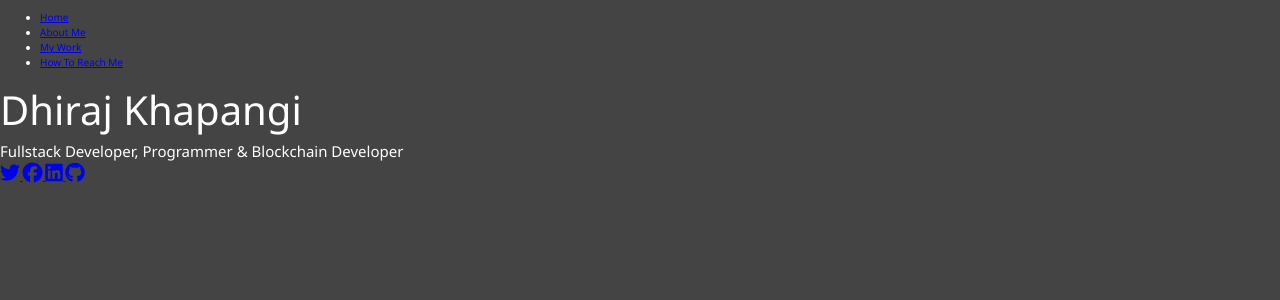
Repository: dhiraj13/modern_portfolio
Page: dist/index.html
These files come from the project's save history. The page is drawn as it stood at one moment and after the next save; the edit follows.
The browser window is 1280 px wide. The pictures show the whole page.
Some web libraries are served in a nearby version. The style sheet was rebuilt from its Sass, Less or Tailwind sources for each picture, by a compiler version that may differ from the author's.

Above is the page before, as saved 2020-02-01 14:17:53.

### dist/index.html
<!DOCTYPE html>
<html lang="en">
	<head>
		<meta charset="UTF-8" />
		<meta name="viewport" content="width=device-width, initial-scale=1.0" />
		<meta http-equiv="X-UA-Compatible" content="ie=edge" />
		<link rel="stylesheet" href="css/main.css" />
		<script
			src="https://kit.fontawesome.com/48fd9e03c9.js"
			crossorigin="anonymous"
		></script>
		<title>Welcome To My Portfolio</title>
	</head>
	<body>
		<header>
			<div class="menu-btn">
				<div class="btn-line"></div>
				<div class="btn-line"></div>
				<div class="btn-line"></div>
			</div>

			<nav class="menu">
				<div class="menu-branding">
					<div class="portrait"></div>
				</div>
				<ul class="menu-nav">
					<li class="nav-item">
						<a href="/" class="nav-link">
							Home
						</a>
					</li>
					<li class="nav-item">
						<a href="/about.html" class="nav-link">
							About Me
						</a>
					</li>
					<li class="nav-item">
						<a href="/work.html" class="nav-link">
							My Work
						</a>
					</li>
					<li class="nav-item">
						<a href="/contact.html" class="nav-link">
							How To Reach Me
						</a>
					</li>
				</ul>
			</nav>
		</header>

		<main id="home">
			<h1 class="lg-heading">
				Dhiraj <span class="text-secondary">Khapangi</span>
			</h1>
			<h2 class="sm-heading">
				Fullstack Developer, Programmer & Blockchain Developer
			</h2>
			<div class="icons">
				<a href="#!">
					<i class="fab fa-twitter fa-2x"></i>
				</a>
				<a href="#!">
					<i class="fab fa-facebook fa-2x"></i>
				</a>
				<a href="#!">
					<i class="fab fa-linkedin fa-2x"></i>
				</a>
				<a href="#!">
					<i class="fab fa-github fa-2x"></i>
				</a>
			</div>
		</main>
		<script src="js/main.js"></script>
	</body>
</html>

### scss/main.scss
$primary-color: #444;

html {
	font-size: 10px;
}

* {
	box-sizing: border-box;
}

body {
	background: $primary-color;
	color: #fff;
	height: 100%;
	margin: 0;
	font-family: 'Segoe UI', Tahoma, Geneva, Verdana, sans-serif;
	line-height: 1.5;
}

// Headings
h1,
h2,
h3 {
	margin: 0;
	font-weight: 450;

	&.lg-heading {
		font-size: 4rem;
	}
}

Loaded but not shown: dist/js/main.js (no stored copy; drawn as an empty file)

After the next save:
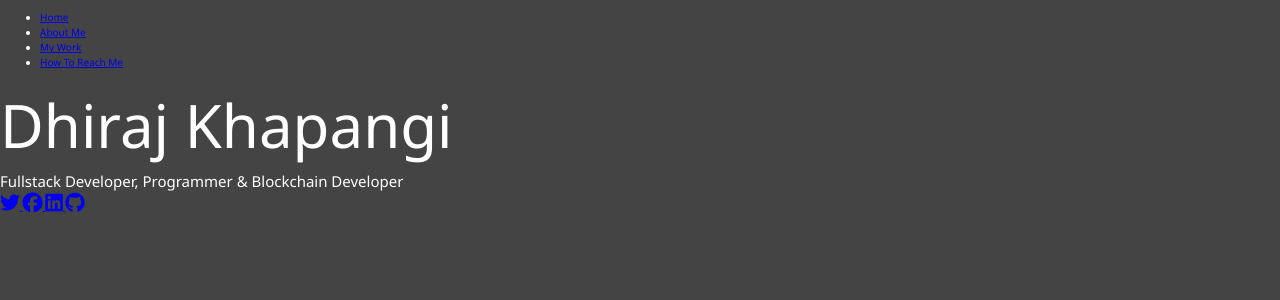
Saved 15 s later.
--- a/scss/main.scss
+++ b/scss/main.scss
@@ -25,6 +25,6 @@
 	font-weight: 450;
 
 	&.lg-heading {
-		font-size: 4rem;
+		font-size: 6rem;
 	}
 }
